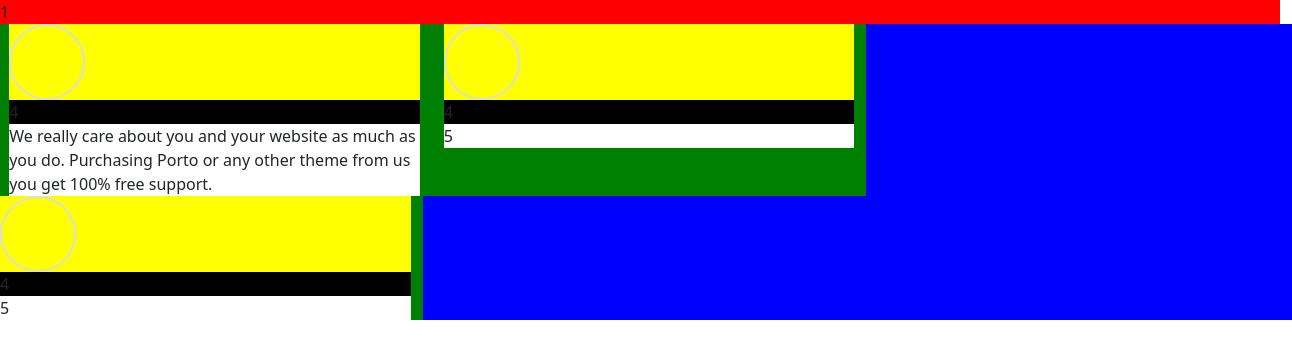
Repository: NguyenDo13/BE2-NhomH
Page: module-9/index/index.html
The author's editor kept a copy of each file at every save. The page is drawn from the files as they stood at one save, then again after a run of saves.
The browser window is 1280 px wide. The page is 1292 px wide, so the pictures cover 1292 px, including what lies to the right of the window. The pictures show the whole page.

Above is the page before, as saved 2022-05-15 10:46:54.

### module-9/index/index.html
<!DOCTYPE html>
<html lang="en">

<head>
    <meta charset="UTF-8" />
    <meta http-equiv="X-UA-Compatible" content="IE=edge" />
    <meta name="viewport" content="width=device-width, initial-scale=1.0" />
    <link rel="stylesheet" href="public/css/style.css" />
    <link rel="stylesheet" href="public/css/bootstrap.min.css" />
    <link rel="stylesheet" href="https://cdnjs.cloudflare.com/ajax/libs/font-awesome/5.15.3/css/all.min.css" />
    <title>Document</title>
</head>

<body>
    <div class="portoTotal">
        <!-- chia hàng -->1
        <div class="row">
            <!-- chia cột -->2
            <div class="vc_column_container col-md-4">
                <div class="portoContainer">
                    <div class="portoTop">
                        <div class="portoTopicon">
                            <i class="Simple-Line-Icons-action-undo"> </i>
                        </div>
                    </div>
                    <div class="portoheader">4</div>
                    <div class="portodescription" style="fon">We really care about you and your website as much as you do. Purchasing Porto or any other theme from us you get 100% free support.</div>
                </div>
            </div>
            <div class="vc_column_container col-md-4">
                <div class="portoContainer">
                    <div class="portoTop">
                        <div class="portoTopicon"></div>
                    </div>
                    <div class="portoheader">4</div>
                    <div class="portodescription">5</div>
                </div>
            </div>
            <div class="vc_column_container col-md-4">
                <div class="portoContainer">
                    <div class="portoTop">
                        <div class="portoTopicon"></div>
                    </div>
                    <div class="portoheader">4</div>
                    <div class="portodescription">5</div>
                </div>
            </div>
        </div>
    </div>
</body>

</html>

### module-9/index/public/css/style.css
body {
    font-size: 13px;
    line-height: 22px;
    font-family: 'Open Sans', sans-serif;
    background: #fff;
}

.portoTotal {
    background-color: red;
}

.row {
    background-color: blue;
    display: flex;
    flex-wrap: wrap;
}

.vc_column_container {
    background-color: green;
}

.portoContainer {
    background-color: yellow;
}

.portotop {}

.portoTopicon {
    color: #0088cc;
    background: transparent;
    border-style: solid;
    border-color: #dddddd;
    border-width: 2px;
    width: 76px;
    height: 76px;
    line-height: 76px;
    border-radius: 40px;
    font-size: 40px;
}

.portoheader {
    background-color: black;
}

.portodescription {
    background-color: white;
}

Loaded but not shown: module-9/index/public/css/bootstrap.min.css (library)

After the next 2 saves:
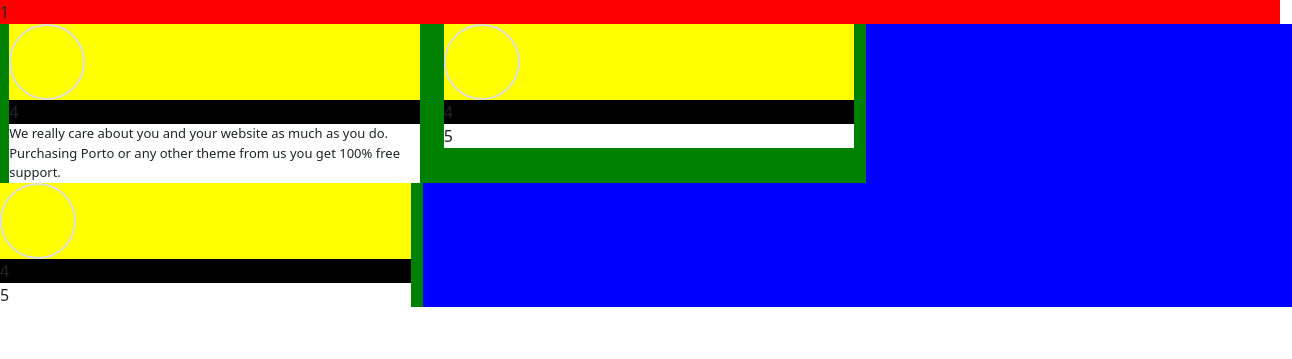
The 2 saves are shown as one change because they came seconds apart.
The last was saved 7 s later.
--- a/module-9/index/index.html
+++ b/module-9/index/index.html
@@ -24,7 +24,9 @@
                         </div>
                     </div>
                     <div class="portoheader">4</div>
-                    <div class="portodescription" style="fon">We really care about you and your website as much as you do. Purchasing Porto or any other theme from us you get 100% free support.</div>
+                    <div class="portodescription" style="font-size: 13px">
+                        We really care about you and your website as much as you do. Purchasing Porto or any other theme from us you get 100% free support.
+                    </div>
                 </div>
             </div>
             <div class="vc_column_container col-md-4">
